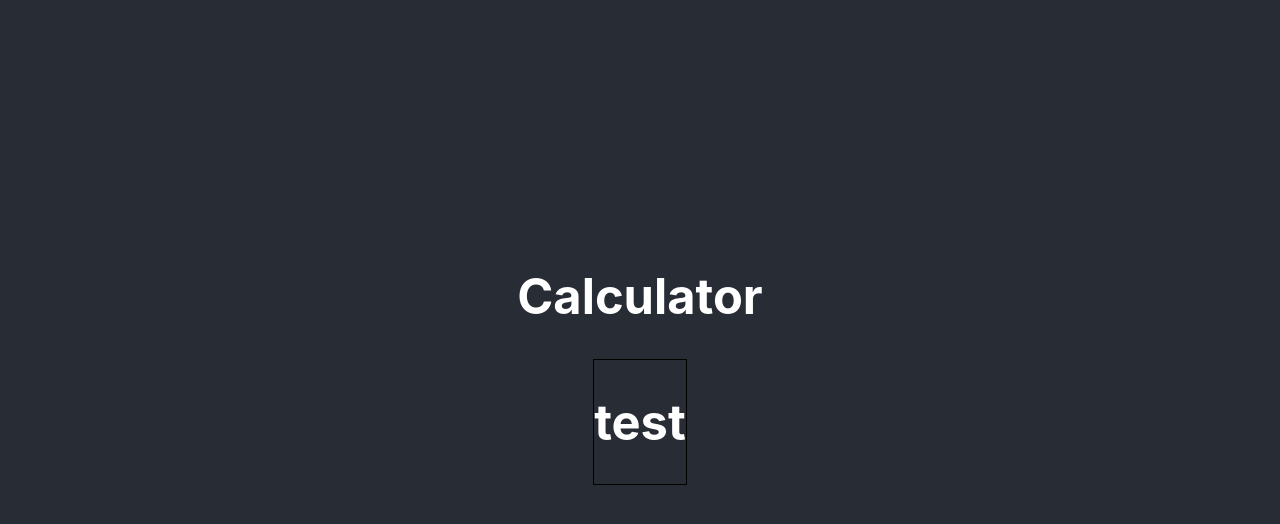
Repository: punitbathija/Placement-Assitance-iNeuron
Page: / (app in React/calculator/)
An editor plug-in stored every save of this project. The page is shown before and after the next save, followed by the edit.
The browser window is 1280 px wide. The pictures show the whole page.
The project was rebuilt for these pictures with package versions that can differ from the ones it lists, and the page was loaded fresh each time.

Above is the page before, as saved 2023-06-05 15:52:51.

After the next save:
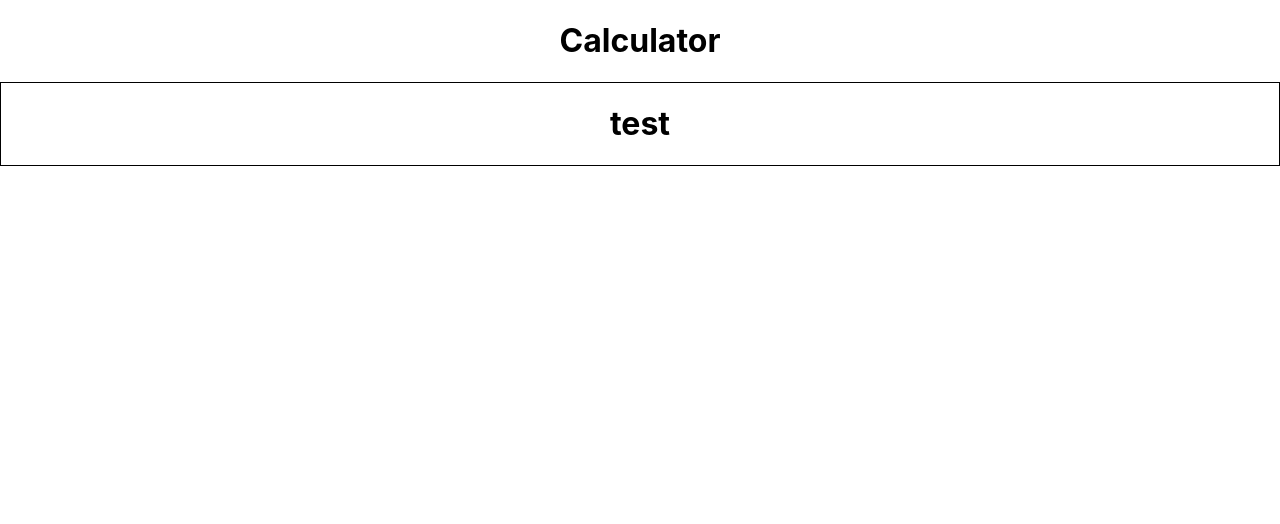
Saved 19 s later.
--- a/React/calculator/src/App.js
+++ b/React/calculator/src/App.js
@@ -4,10 +4,8 @@ import Calculator from "./Calculator";
 function App() {
   return (
     <div className="App">
-      <header className="App-header">
-        <h1>Calculator</h1>
-        <Calculator />
-      </header>
+      <h1>Calculator</h1>
+      <Calculator />
     </div>
   );
 }
